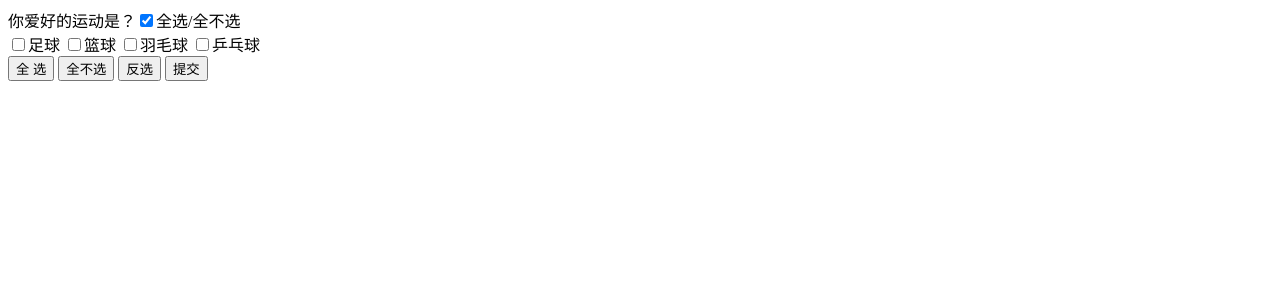
Repository: smilebingbing/java
Page: day_1/WebContent/dom8.html
An editor plug-in stored every save of this project. The page is shown before and after the next save, followed by the edit.
The browser window is 1280 px wide. The pictures show the whole page.
After loading, the first visible `#checkedAll_2` was clicked once.

Above is the page before, as saved 2016-10-14 09:10:38.
Console error: ReferenceError: flag is not defined

### day_1/WebContent/dom8.html
<!DOCTYPE html>
<html>
<head>
    <meta http-equiv="Content-Type" content="text/html";charset="gbk">
    <!-- 导入jQuery库 -->
    <script type="text/javascript" src="jquery-1.7.2.js"></script>
    <script type="text/javascript">

    $(function(){
    	$("#checkedAll_2").click(function(){
    		$(":checkbox[name='items']").attr("checked",flag);
    		this.checked;
    	});
    })
    </script>
</head>
<body>
    <form method="post" action="">
    你爱好的运动是？<input type="checkbox" id="checkedAll_2" />全选/全不选

    <br /><input type="checkbox" name="items" value="足球" />足球
          <input type="checkbox" name="items" value="篮球" />篮球
          <input type="checkbox" name="items" value="羽毛球" />羽毛球
          <input type="checkbox" name="items" value="乒乓球" />乒乓球
     <br /> <input type="button" id="CheckedAll" value="全 选" />
     <input type="button" id="CheckNo" value="全不选" />
     <input type="button" id="CheckRev" value="反选" />
     <input type="button" id="send" value="提交" />

    </form>
</body>
</html>

Loaded but not shown: day_1/WebContent/jquery-1.7.2.js (library)

After the next save:
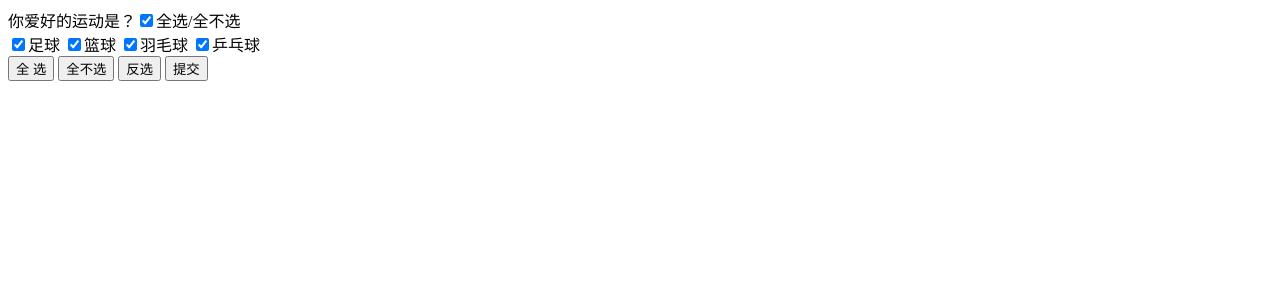
The error is gone.
Saved 2 min 54 s later.
--- a/day_1/WebContent/dom8.html
+++ b/day_1/WebContent/dom8.html
@@ -8,8 +8,9 @@
 
     $(function(){
     	$("#checkedAll_2").click(function(){
+    		var flag=this.checked;
     		$(":checkbox[name='items']").attr("checked",flag);
-    		this.checked;
+
     	});
     })
     </script>
